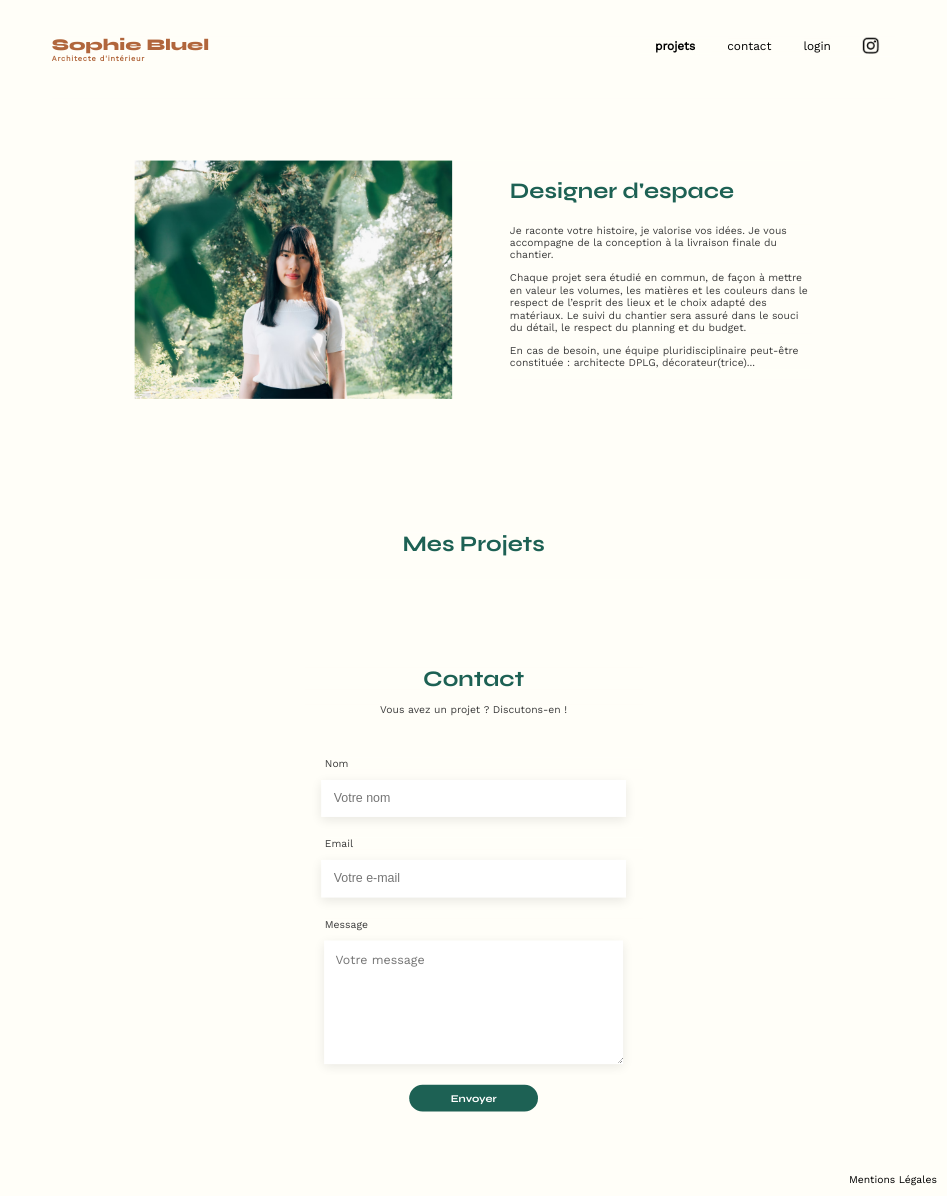
Repository: BlueSoley23/openclassrooms
Page: FrontEnd/index.html
The author's editor kept a copy of each file at every save. The page is drawn from the files as they stood at one save, then again after the next save.
The browser window is 1280 px wide. The pictures show the whole page, at 74% of full size.
The page's requests for data from a server got no answer.

Above is the page before, as saved 2023-12-21 07:30:23.
Console error: TypeError: categories is not iterable

After the next save:
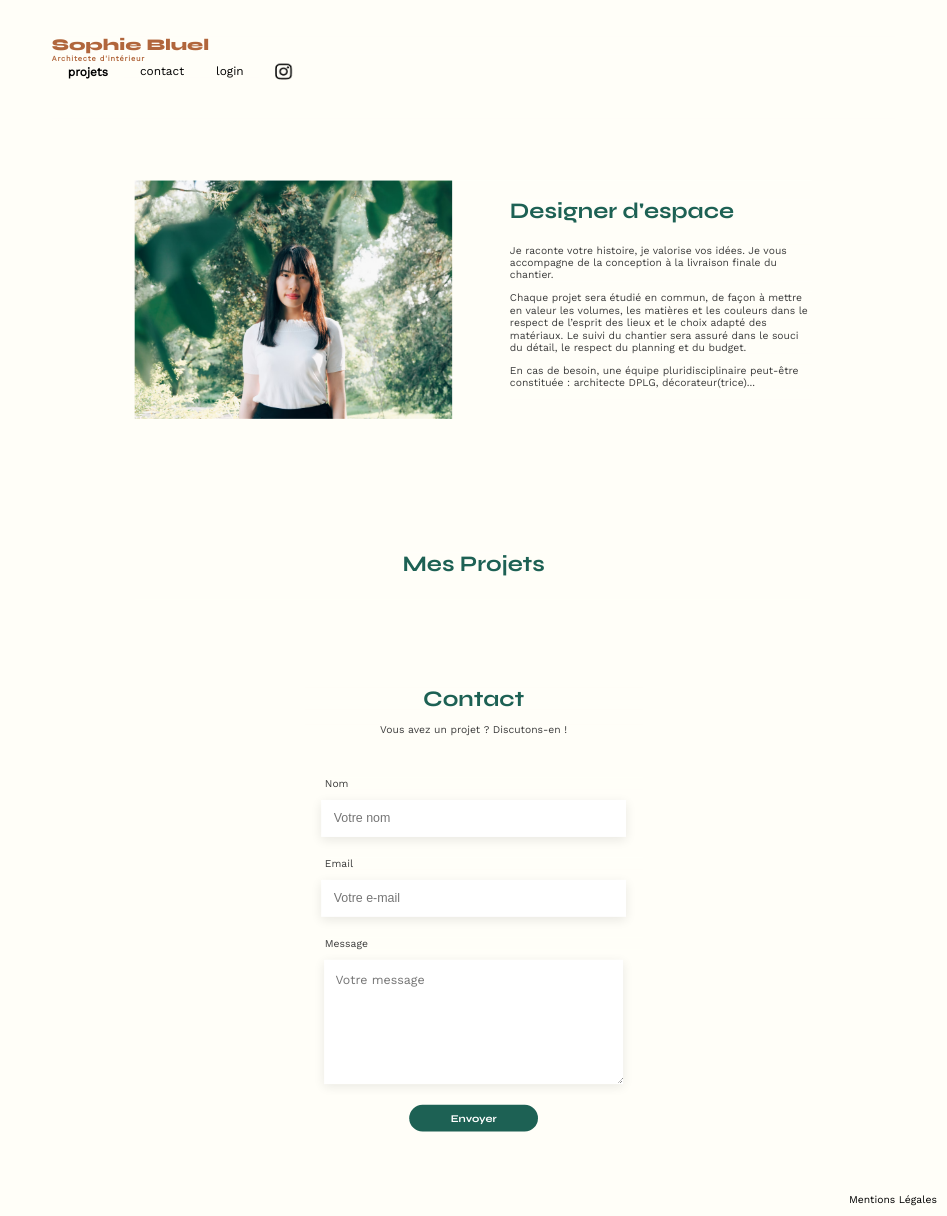
Saved 14 s later.
--- a/FrontEnd/assets/css/style.css
+++ b/FrontEnd/assets/css/style.css
@@ -554,7 +554,7 @@
 		align-items: auto;
 	}
 
-	.header__login {
+	.header {
 		display: flex;
 		flex-direction: column;
 	}
